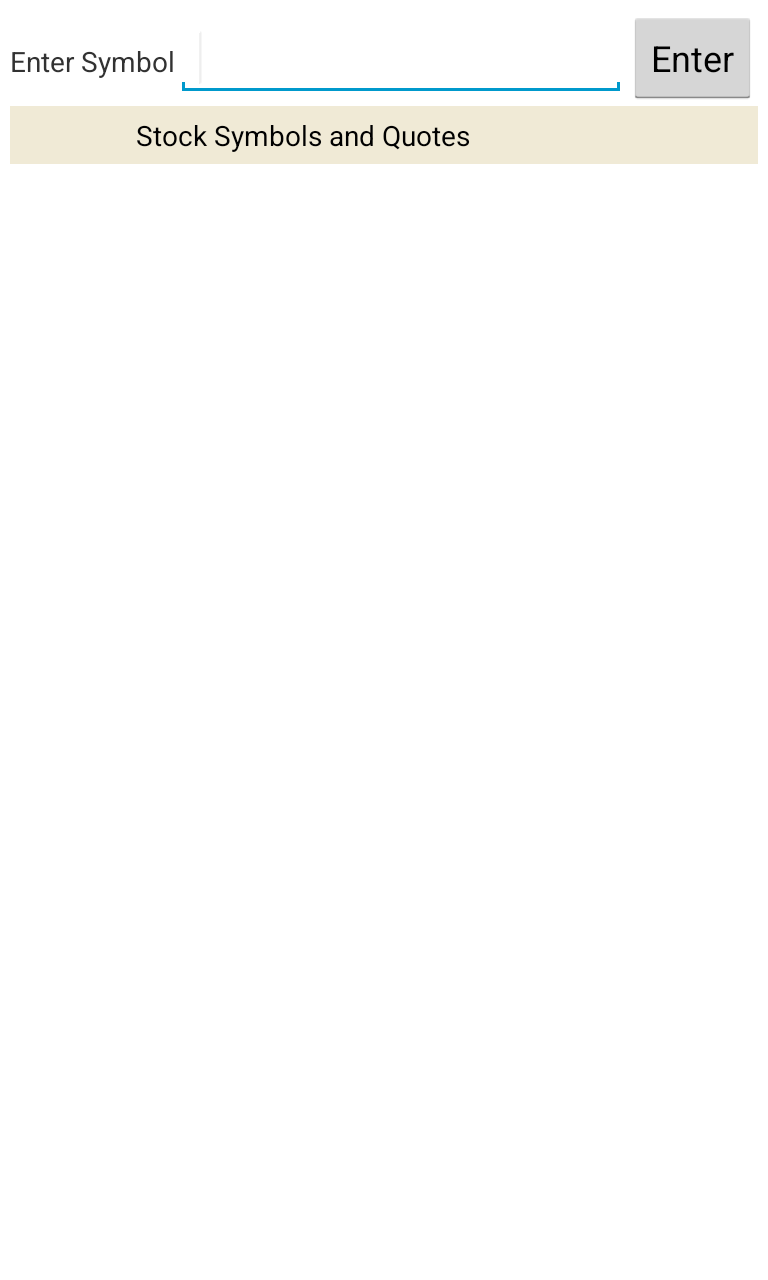
Repository: almeiduh/AndroidApps
Layout: StockQuote/res/layout/activity_main.xml
These files come from the project's save history. The layout is drawn as it stood at one moment and after the next save; the edit follows.
It is drawn on a 768 x 1280 px phone screen (xhdpi) without system bars, with theme AppTheme; the app's code is not run.

Above is the layout before, as saved 2014-02-05 00:02:19.

### StockQuote/res/layout/activity_main.xml
<TableLayout xmlns:android="http://schemas.android.com/apk/res/android"
    xmlns:tools="http://schemas.android.com/tools"
    android:id="@+id/TableLayout1"
    android:layout_width="match_parent"
    android:layout_height="match_parent"
    android:paddingBottom="@dimen/activity_vertical_margin"
    android:paddingLeft="@dimen/activity_horizontal_margin"
    android:paddingRight="@dimen/activity_horizontal_margin"
    android:paddingTop="@dimen/activity_vertical_margin"
    tools:context=".MainActivity" >

    <TableRow
        android:id="@+id/tableRow1"
        android:layout_width="match_parent"
        android:layout_height="wrap_content" >

        <TextView
            android:id="@+id/enterSymbolTextView"
            android:layout_width="wrap_content"
            android:layout_height="wrap_content"
            android:text="@string/stock_symbol" />

        <EditText
            android:id="@+id/stockSymbolEditText"
            android:layout_width="wrap_content"
            android:layout_height="wrap_content"
            android:ems="10"
            android:layout_weight="1"
            android:inputType="text"
            >

            <requestFocus />
        </EditText>

        <Button
            android:id="@+id/enterStockSymbolButton"
            android:layout_width="wrap_content"
            android:layout_height="wrap_content"
            android:text="@string/enter_stock_symbol" />

    </TableRow>

    <TableRow
        android:id="@+id/tableRow2"
        android:layout_width="match_parent"
        android:layout_height="wrap_content"
        android:background="@color/eggshell" >

        <TextView
            android:id="@+id/stockSymbolTextView"
            android:layout_width="match_parent"
            android:layout_height="wrap_content"
            android:layout_span="2"
            android:gravity="center_horizontal"
            android:padding="5dp"
            android:textColor="@color/black"
            android:text="@string/stock_symbol_list" />

    </TableRow>

</TableLayout>

### StockQuote/res/values/dimens.xml
<resources>

    <!-- Default screen margins, per the Android Design guidelines. -->
    <dimen name="activity_horizontal_margin">5dp</dimen>
    <dimen name="activity_vertical_margin">5dp</dimen>
    <dimen name="stock_list_text_size">16sp</dimen>

</resources>

### StockQuote/res/values/strings.xml
<?xml version="1.0" encoding="utf-8"?>
<resources>

    <string name="app_name">Get Stock Quotes</string>
    <string name="action_settings">Settings</string>
	<string name="stock_symbol">Enter Symbol</string>
	<string name="enter_stock_symbol">Enter</string>
	<string name="stock_symbol_list">Stock Symbols and Quotes</string>
	<string name="change_stock_symbol">Change</string>
	<string name="ok">OK</string>
	<string name="cancel">Cancel</string>
	<string name="missing_stock_symbol">Enter a Stock Symbol</string>
	<string name="invalid_stock_symbol">Invalid Stock Symbol</string>
	<string name="delete_all_symbols">Delete All Symbols</string>
	<string name="confirm_action">Are you sure?</string>
	<string name="get_stock_quote">Quote</string>
	<string name="go_to_website">Web</string>
	<string name="yahoo_stock_url">http://finance.yahoo.com/q?s=</string>
	<string name="stock_company_name">Company Name</string>
	<string name="stock_year_low">Year Low:</string>
	<string name="stock_year_high">Year High:</string>
	<string name="stock_days_low">Days Low:</string>
	<string name="stock_days_high">Days High:</string>
	<string name="title_activity_stock_info">StockInfoActivity</string>
	<string name="last_trade_price_only">Last Price:</string>
	<string name="change">Change:</string>
	<string name="days_range">Daily Price Range:</string>
</resources>

### StockQuote/res/values/colors.xml
<?xml version="1.0" encoding="utf-8"?>
<resources>
    <color name="aero_blue">#C9FFE5</color>
    <color name="eggshell">#F0EAD6</color>
    <color name="black">#000000</color>
</resources>

Loaded but not shown: StockQuote/res/values/styles.xml (common file); StockQuote/res/values-v11/styles.xml (common file); StockQuote/res/values-v14/styles.xml (common file)

After the next save:
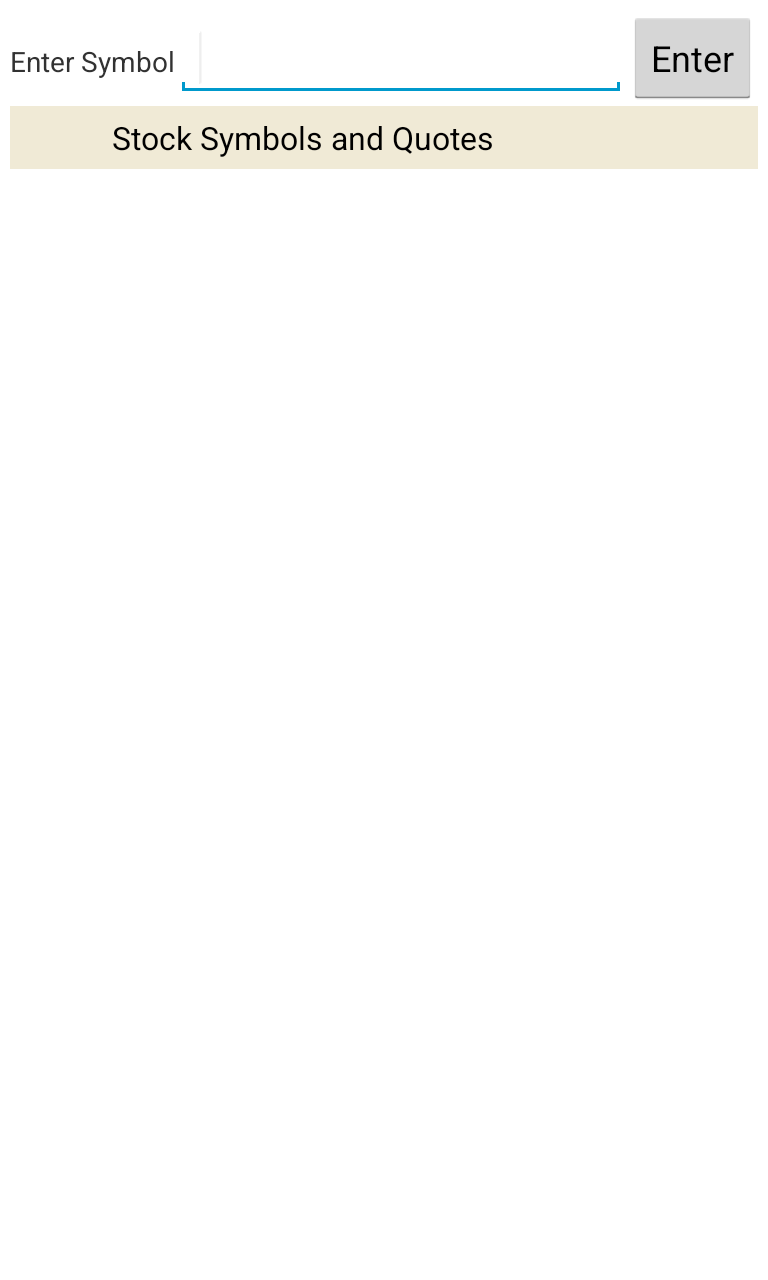
Saved 40 s later.
--- a/StockQuote/res/layout/activity_main.xml
+++ b/StockQuote/res/layout/activity_main.xml
@@ -54,6 +54,7 @@
             android:gravity="center_horizontal"
             android:padding="5dp"
             android:textColor="@color/black"
+            android:textSize="@dimen/stock_list_text_size"
             android:text="@string/stock_symbol_list" />
 
     </TableRow>
